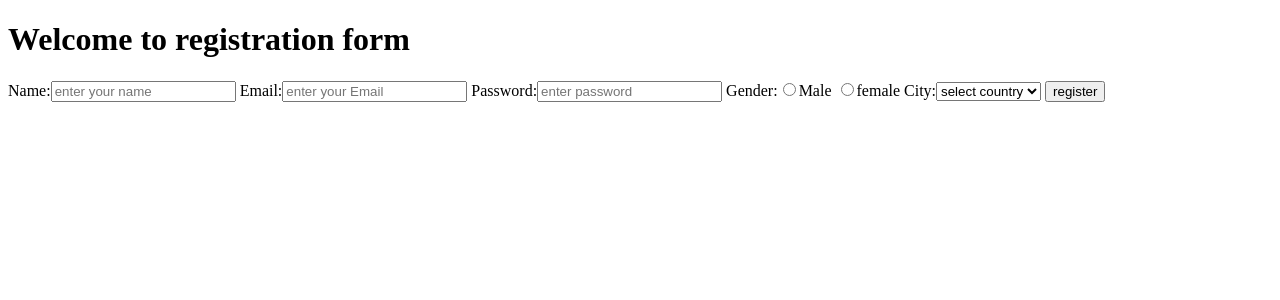
Repository: diksha847/ServletProjectsAllInOne
Page: http://localhost/registerationform/register.jsp
An editor plug-in stored every save of this project. The page is shown before and after the next save, followed by the edit.
The browser window is 1280 px wide. The pictures show the whole page.
The page is served by Tomcat 9. Other server files are loaded and not shown.

Above is the page before, as saved 2024-11-15 15:45:47.

### registerationform/src/main/webapp/register.jsp
<%@ page language="java" contentType="text/html; charset=UTF-8"
    pageEncoding="UTF-8"%>
<!DOCTYPE html>
<html>
<head>
<meta charset="UTF-8">
<title>Insert title here</title>
</head>
<body>

<h1>Welcome to registration form</h1>
<form action="registration" method="post">
Name:<input type="text" name="name1" placeholder="enter your name"/>
Email:<input type="text" name="email1" placeholder="enter your Email"/>
Password:<input type="password" name="pwd1" placeholder="enter password"/>
Gender:<input type="radio" name="gender1" value="male">Male
<input type="radio" name="gender1" value="female">female

City:<select name="city1">
<option>select country</option>
<option>bangalore</option>
<option>pune</option>
<option>hyderabad</option>
<option>chennai</option>
<option>delhi</option>

</select>

<input type="submit" value="register"></input>

</form>

</body>
</html>

After the next save:
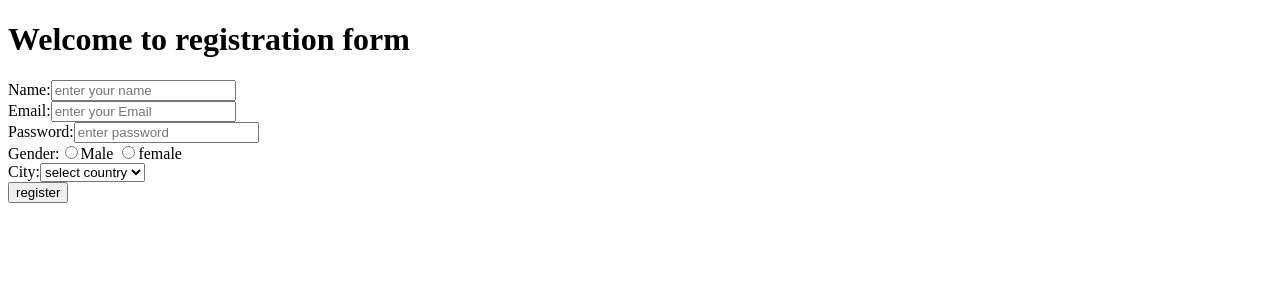
Saved 90 s later.
--- a/registerationform/src/main/webapp/register.jsp
+++ b/registerationform/src/main/webapp/register.jsp
@@ -10,12 +10,12 @@
 
 <h1>Welcome to registration form</h1>
 <form action="registration" method="post">
-Name:<input type="text" name="name1" placeholder="enter your name"/>
-Email:<input type="text" name="email1" placeholder="enter your Email"/>
-Password:<input type="password" name="pwd1" placeholder="enter password"/>
+Name:<input type="text" name="name1" placeholder="enter your name"/><br>
+Email:<input type="text" name="email1" placeholder="enter your Email"/><br>
+Password:<input type="password" name="pwd1" placeholder="enter password"/><br>
 Gender:<input type="radio" name="gender1" value="male">Male
 <input type="radio" name="gender1" value="female">female
-
+<br>
 City:<select name="city1">
 <option>select country</option>
 <option>bangalore</option>
@@ -25,7 +25,7 @@ City:<select name="city1">
 <option>delhi</option>
 
 </select>
-
+<br>
 <input type="submit" value="register"></input>
 
 </form>
